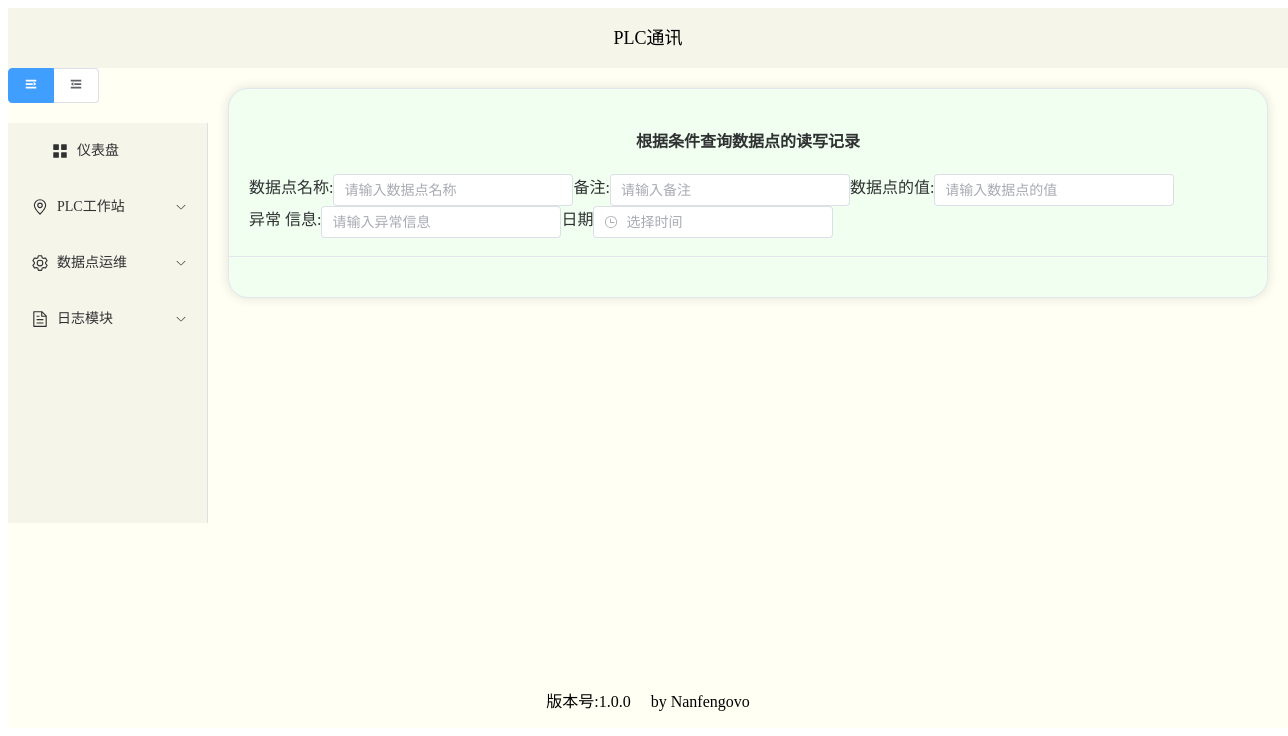
Repository: nanfengovo/HelperWorkStation
Page: /#/frameWork/PLCWorkstation/S7 (app in HelperWorkStation/plchelper-ui/)
These files come from the project's save history. The page is drawn as it stood at one moment and after the next save; the edit follows.
The browser window is 1280 px wide. The page is 1288 px wide, so the pictures cover 1288 px, including what lies to the right of the window. The pictures show the whole page.
The project was rebuilt for these pictures with package versions that can differ from the ones it lists, and the page was loaded fresh each time. Also part of the build but not shown: HelperWorkStation/plchelper-ui/vite.config.ts, HelperWorkStation/plchelper-ui/src/views/Login/index.vue.

Above is the page before, as saved 2025-02-15 23:30:40.

After the next save:
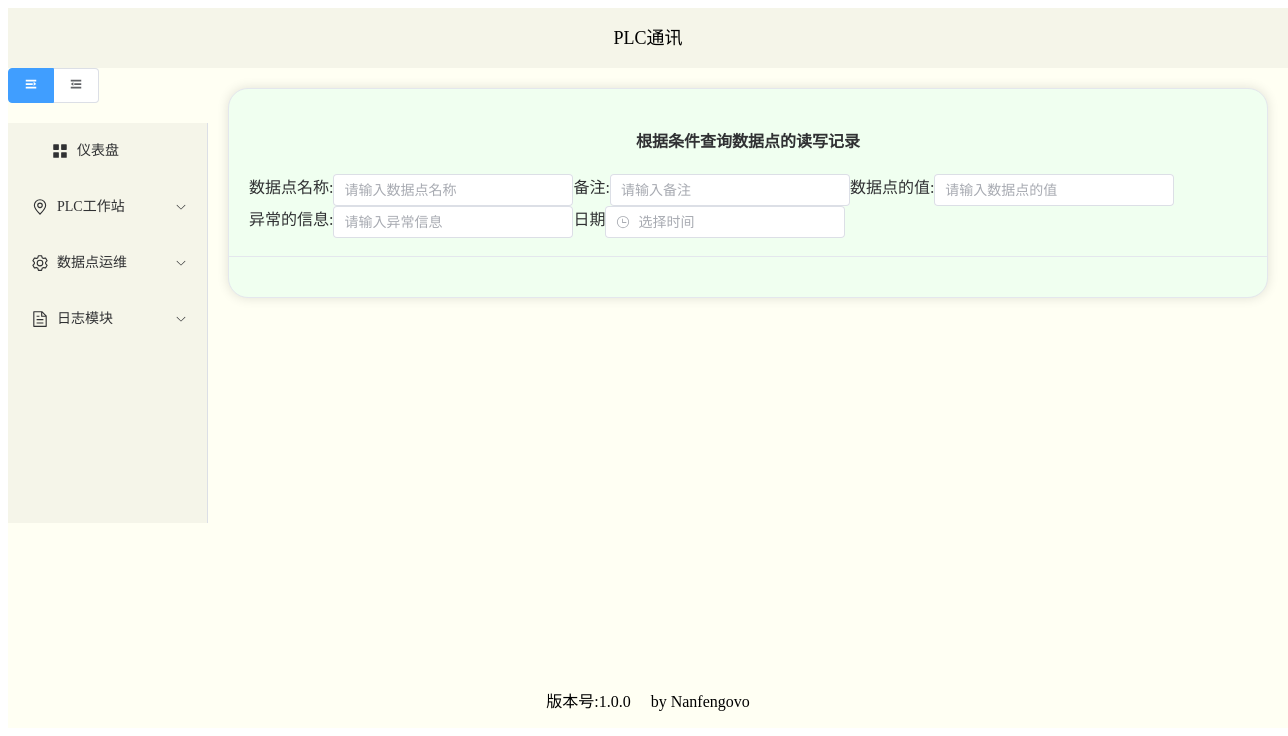
Saved 23 s later.
--- a/HelperWorkStation/plchelper-ui/src/views/FrameWork/layout/PLCWorkstation/S7/index.vue
+++ b/HelperWorkStation/plchelper-ui/src/views/FrameWork/layout/PLCWorkstation/S7/index.vue
@@ -21,7 +21,7 @@
                 </el-row>
                 <el-row>
                     <el-label>
-                        异常  信息:
+                        异常的信息:
                     </el-label>
                     <el-input v-model="exceptionInfo" placeholder="请输入异常信息" clearable/>
                     <el-label>
